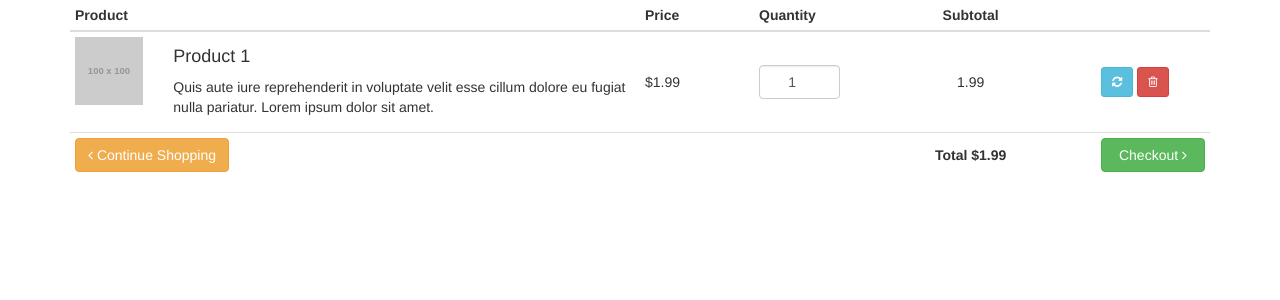
Repository: 31757/yash_webapp_01
Page: http://localhost/yash_webapp_01/WEB-INF/views/cart.jsp
An editor plug-in stored every save of this project. The page is shown before and after the next save, followed by the edit.
The browser window is 1280 px wide. The pictures show the whole page.
Some web libraries are served in a nearby version. The page is served by Tomcat 9. Nobody is signed in. The template is opened directly, without the code that normally fills it, so the values that code supplies are empty.

Above is the page before, as saved 2016-10-23 11:57:17.

After the next save:
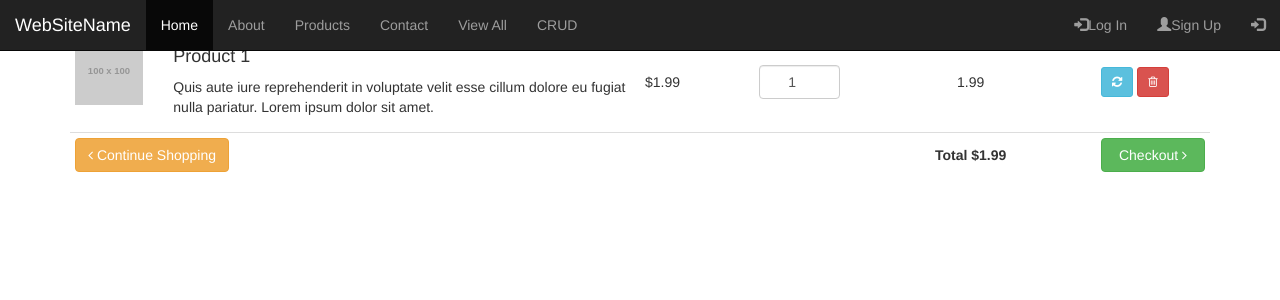
Saved 22 s later.
--- a/DT/yash_webapp_01/src/main/webapp/WEB-INF/views/cart.jsp
+++ b/DT/yash_webapp_01/src/main/webapp/WEB-INF/views/cart.jsp
@@ -60,6 +60,7 @@
     </script>
 </head>
 <body>
+<jsp:include page="header.jsp"/>
 	<link href="//maxcdn.bootstrapcdn.com/font-awesome/4.1.0/css/font-awesome.min.css" rel="stylesheet">
 <div class="container">
 	<table id="cart" class="table table-hover table-condensed">
